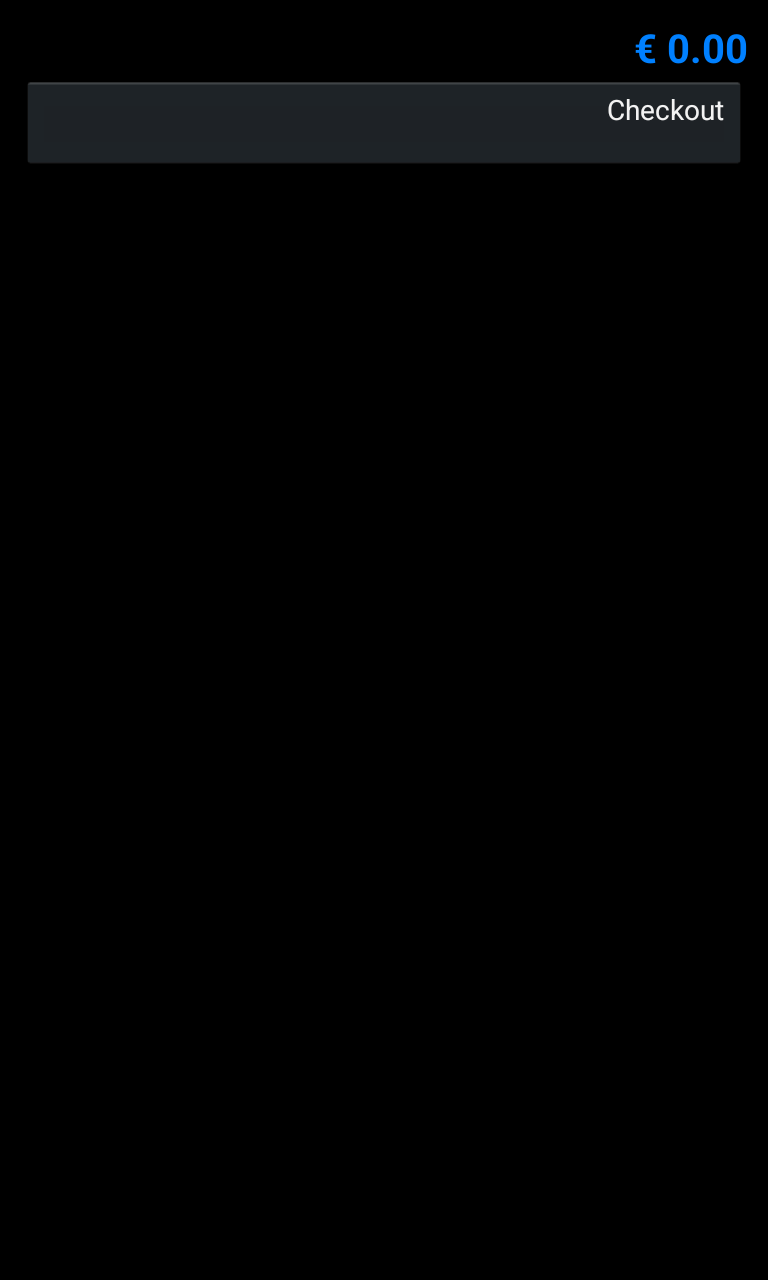
Repository: Adammdit/DT2283GUI
Layout: GunSmoke/res/layout/activity_main.xml
An editor plug-in stored every save of this project. The layout is shown before and after the next save, followed by the edit.
It is drawn on a 768 x 1280 px phone screen (xhdpi) without system bars, with theme android:Theme.Holo; the app's code is not run. Lists and similar views that code fills are empty.

Above is the layout before, as saved 2014-11-08 10:56:29.

### GunSmoke/res/layout/activity_main.xml
<LinearLayout xmlns:android="http://schemas.android.com/apk/res/android"
    xmlns:tools="http://schemas.android.com/tools"
    android:id="@+id/LinearLayout1"
    android:layout_width="match_parent"
    android:layout_height="match_parent"
    android:paddingBottom="10dp"
    android:paddingLeft="10dp"
    android:paddingRight="10dp"
    android:paddingTop="10dp"
    android:orientation="vertical"
    tools:context=".MainActivity" >

    <TextView
        android:id="@+id/cartTotal"
        android:layout_width="match_parent"
  		android:layout_height="wrap_content"
  		android:gravity="right"
        android:textSize="20sp"
  		android:text="€ 0.00"
  		android:textColor="@color/total"
  		android:textStyle="bold" />

    <ExpandableListView
        android:id="@+id/listView"
        android:layout_width="match_parent"
        android:layout_height="wrap_content" >
    </ExpandableListView>

    <Button
        android:id="@+id/checkout"
        style="?android:attr/buttonStyleSmall"
        android:layout_width="fill_parent"
        android:layout_height="wrap_content"
        android:gravity="right"
        android:text="Checkout" />

</LinearLayout>

### GunSmoke/res/values/colors.xml
<?xml version="1.0" encoding="utf-8"?>
<resources>
	<color name="khaki">#663300</color>
	<color name="price">#E5FFCC</color>
	<color name="name">#CC6600</color>
	<color name="total">#0080FF</color>
</resources>

After the next save:
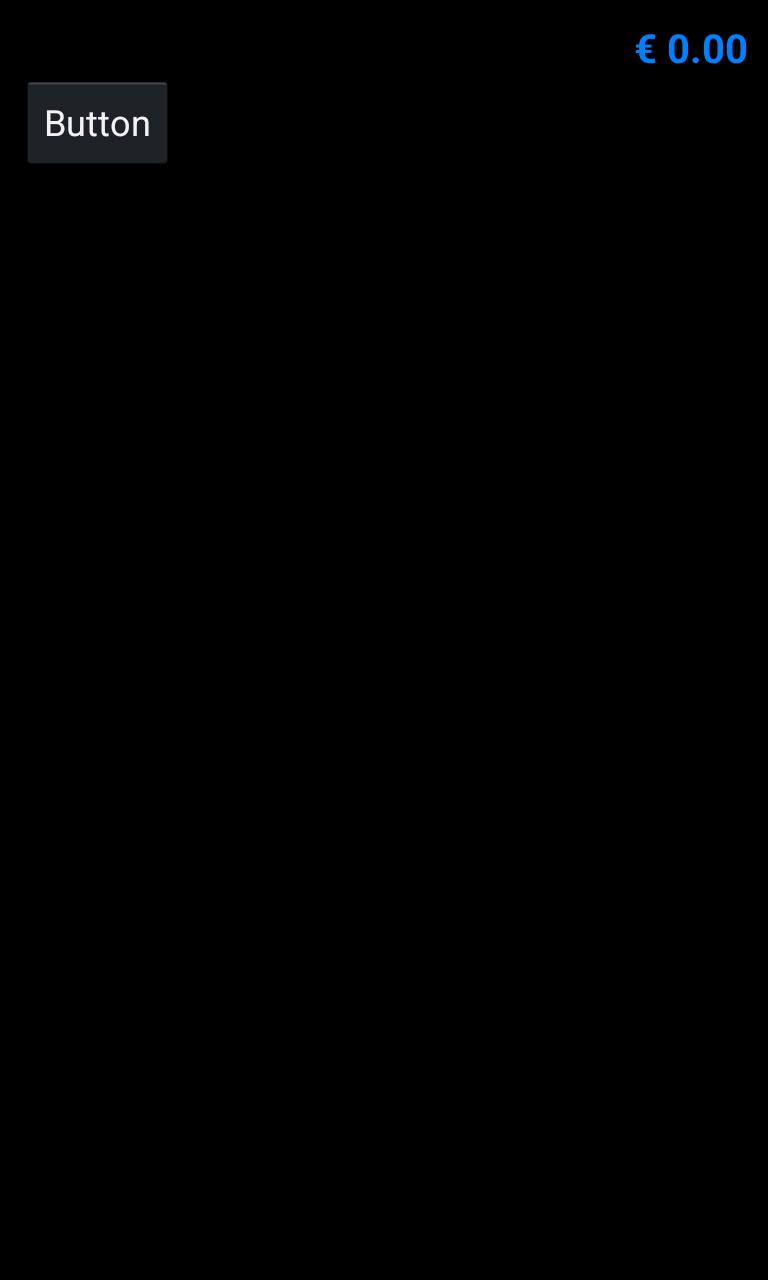
Saved 4 min 20 s later.
--- a/GunSmoke/res/layout/activity_main.xml
+++ b/GunSmoke/res/layout/activity_main.xml
@@ -27,11 +27,10 @@
     </ExpandableListView>
 
     <Button
-        android:id="@+id/checkout"
-        style="?android:attr/buttonStyleSmall"
-        android:layout_width="fill_parent"
+        android:id="@+id/button1"
+        android:layout_width="wrap_content"
         android:layout_height="wrap_content"
-        android:gravity="right"
-        android:text="Checkout" />
+        android:layout_alignParentBottom="true"
+        android:text="Button" />
 
 </LinearLayout>
